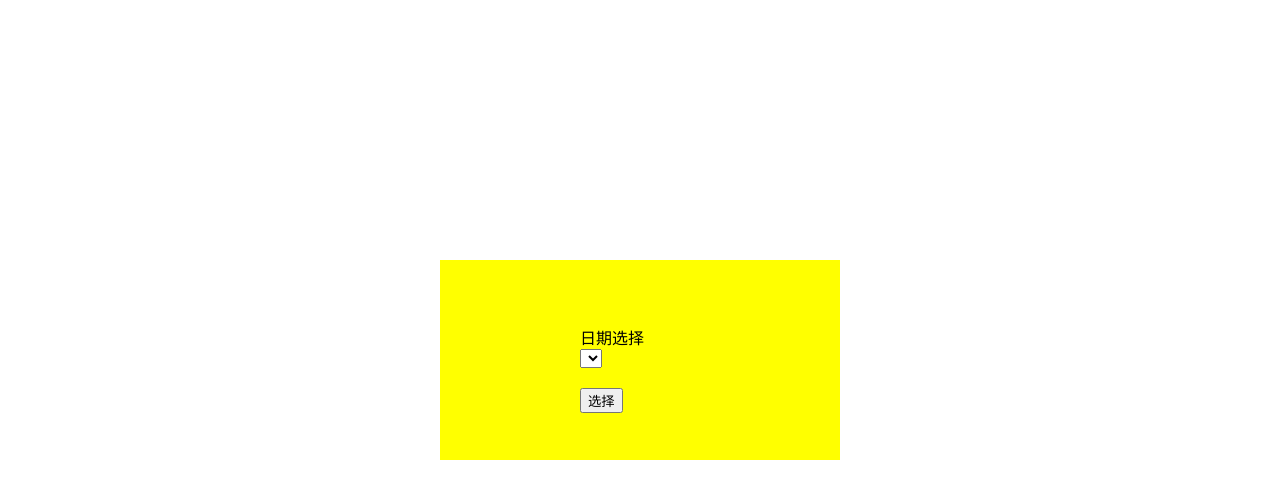
Repository: yz990219/InfectStatisticWeb
Page: http://localhost/MyInfectStatisticWeb/dateChoose.jsp
The author's editor kept a copy of each file at every save. The page is drawn from the files as they stood at one save, then again after the next save.
The browser window is 1280 px wide. The pictures show the whole page.
The page is served by Tomcat 9. Other server files are loaded and not shown.

Above is the page before, as saved 2020-03-13 14:14:35.

### MyInfectStatisticWeb/WebContent/dateChoose.jsp
<%@ page language="java" contentType="text/html; charset=utf-8"
	pageEncoding="utf-8"%>
<%@ page import="hw2.*"%>
<%@ page import="java.util.*"%>
<%@ page import="java.io.File"%>
<!DOCTYPE html>
<html>
<head>
<title>日期选择</title>
<link href="css/datechoose.css" rel="stylesheet">
</head>
<body>
	<div class="datechoose">
		<form class="form" action="index.jsp" method="post">
			<%
				ArrayList<String> fileNameList = new ArrayList<String>();
				String[] temp;
				String path = "D:\\InfectStatisticWeb\\MyInfectStatisticWeb\\WebContent\\log\\";
				File name = new File(path);
				temp = name.list();
				if (name.isDirectory()) {
					for (int i = 0; i < temp.length; i++) {
						fileNameList.add(temp[i]);
					}
				}
			%>
			<div>日期选择</div>
			<div>
				<select name="date">
					<%
						for (int i = 0; i < fileNameList.size(); i++) {
					%>
					<option
						value="<%=fileNameList.get(i).substring(0, fileNameList.get(i).length() - 8)%>">
						<%=fileNameList.get(i).substring(0, fileNameList.get(i).length() - 8)%>
					</option>
					<%
						}
					%>
				</select>
			</div>
			<div style="margin-top: 20px">
				<button type="submit">选择</button>
			</div>

		</form>
	</div>

</body>
</html>

### MyInfectStatisticWeb/WebContent/css/datechoose.css
@charset "UTF-8";
.datechoose {
	background:#ffff00;
    width: 400px;
    height: 200px;
    position: fixed;
    left: 50%;
    top: 50%;
    z-index: 11;
    /*设定这个div的margin-top的负值为自身的高度的一半,margin-left的值也是自身的宽度的一半的负值.*/
    /*宽为400,那么margin-top为-200px*/
    /*高为200那么margin-left为-100px;*/
    margin: -100px 0 0 -200px;
}
.form{
	margin: 65px 0 0 140px;
}

After the next save:
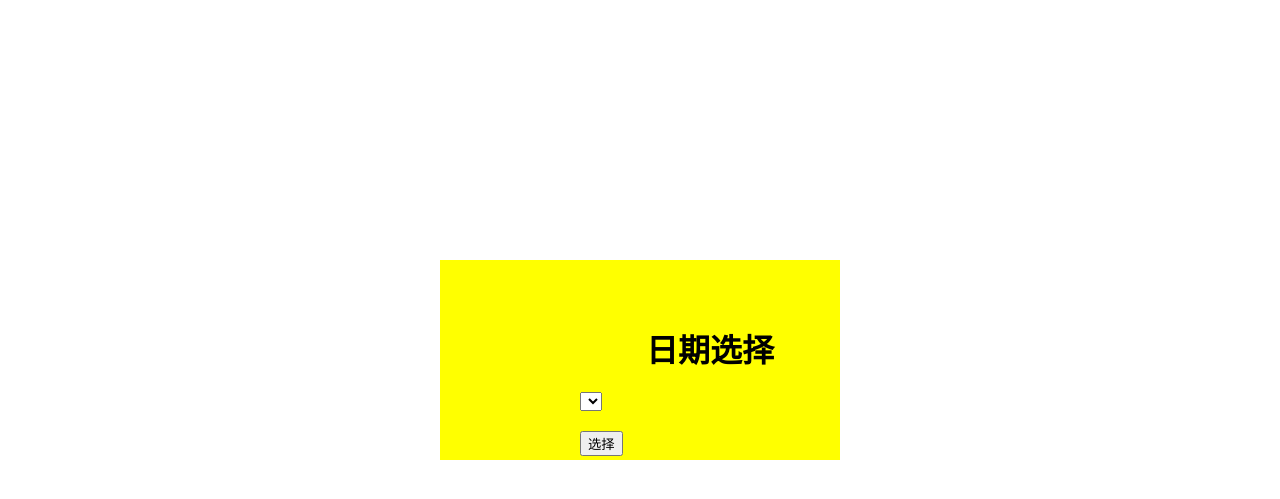
Saved 2 min 6 s later.
--- a/MyInfectStatisticWeb/WebContent/dateChoose.jsp
+++ b/MyInfectStatisticWeb/WebContent/dateChoose.jsp
@@ -24,7 +24,7 @@
 					}
 				}
 			%>
-			<div>日期选择</div>
+			<div><h1 style="text-align:center;">日期选择</h1></div>
 			<div>
 				<select name="date">
 					<%
